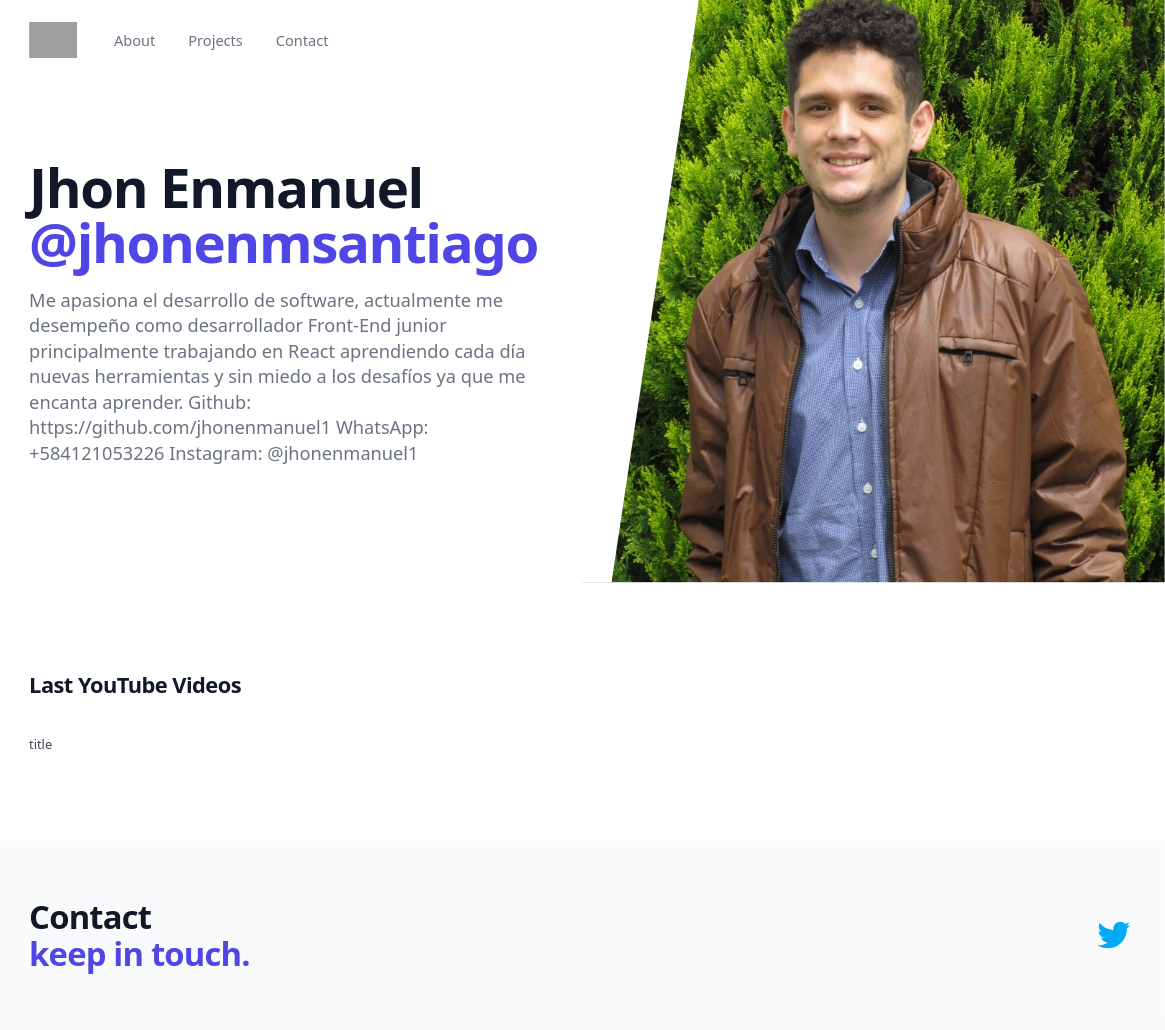
Repository: jhonenmanuel1/async-landing-jhon
Page: src/index.html
An editor plug-in stored every save of this project. The page is shown before and after the next save, followed by the edit.
The browser window is 1280 px wide. The pictures show the whole page, at 91% of full size.
Pictures or frames that could not be fetched are drawn as grey boxes. Some web libraries are served in a nearby version.

Above is the page before, as saved 2022-07-28 15:31:14.

After the next save:
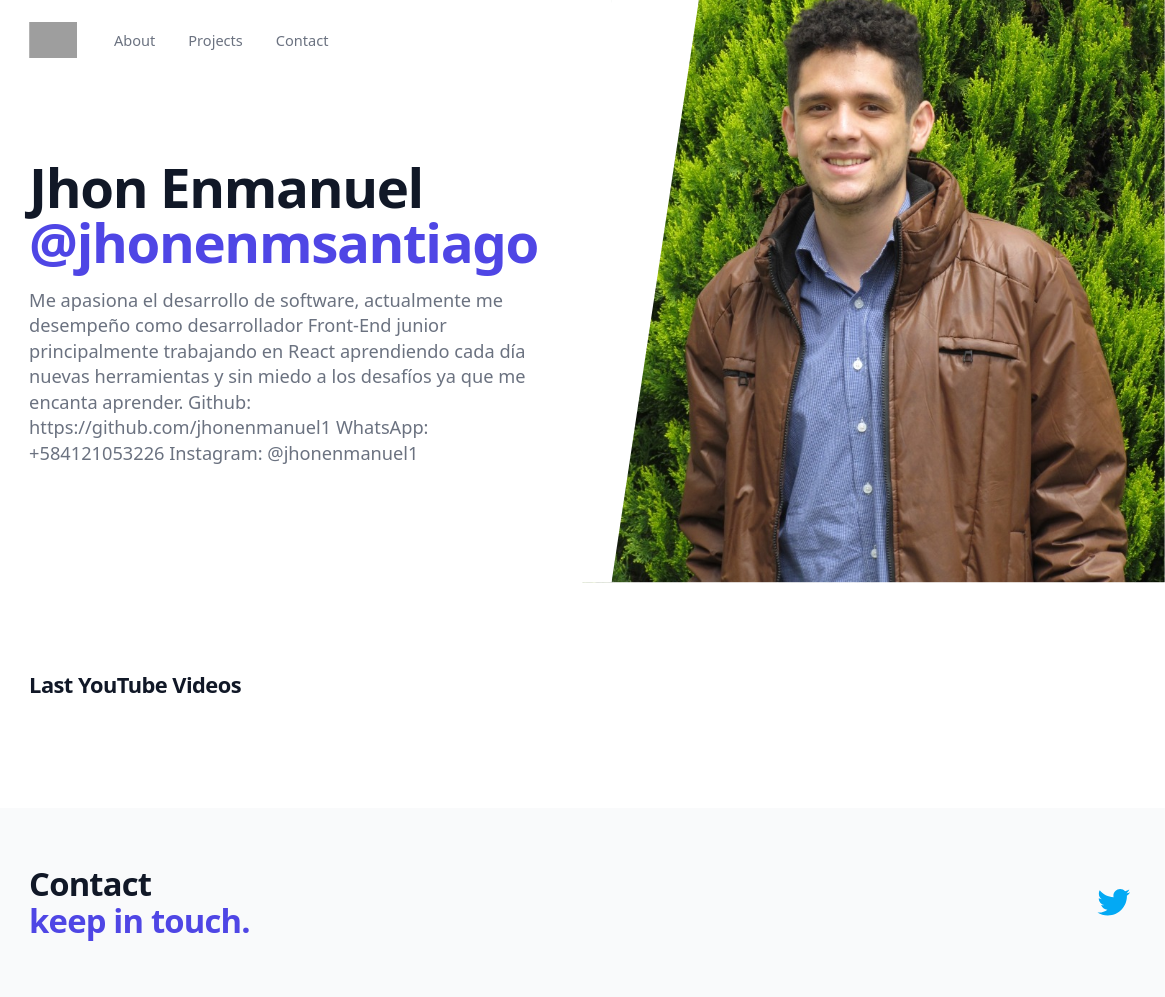
Saved 92 s later.
--- a/src/index.html
+++ b/src/index.html
@@ -59,20 +59,9 @@ Instagram: @jhonenmanuel1</p>
   <div class="bg-white">
     <div class="max-w-2xl mx-auto py-16 px-4 sm:py-24 sm:px-6 lg:max-w-7xl lg:px-8">
       <h2 class="text-2xl font-extrabold tracking-tight text-gray-900">Last YouTube Videos</h2>
-      <div class="mt-6 grid grid-cols-1 gap-y-10 gap-x-6 sm:grid-cols-2 lg:grid-cols-4 xl:gap-x-8">
+      <div class="mt-6 grid grid-cols-1 gap-y-10 gap-x-6 sm:grid-cols-2 lg:grid-cols-4 xl:gap-x-8" id="content">
         <!-- content -->
-         <div class="group relative">
-          <div
-            class="w-full bg-gray-200 aspect-w-1 aspect-h-1 rounded-md overflow-hidden group-hover:opacity-75 lg:aspect-none">
-            <img src="" alt="" class="w-full">
-          </div>
-          <div class="mt-4 flex justify-between">
-            <h3 class="text-sm text-gray-700">
-              <span aria-hidden="true" class="absolute inset-0"></span>
-              title
-            </h3>
-          </div>
-        </div>
+
       </div>
     </div>
   </div>
